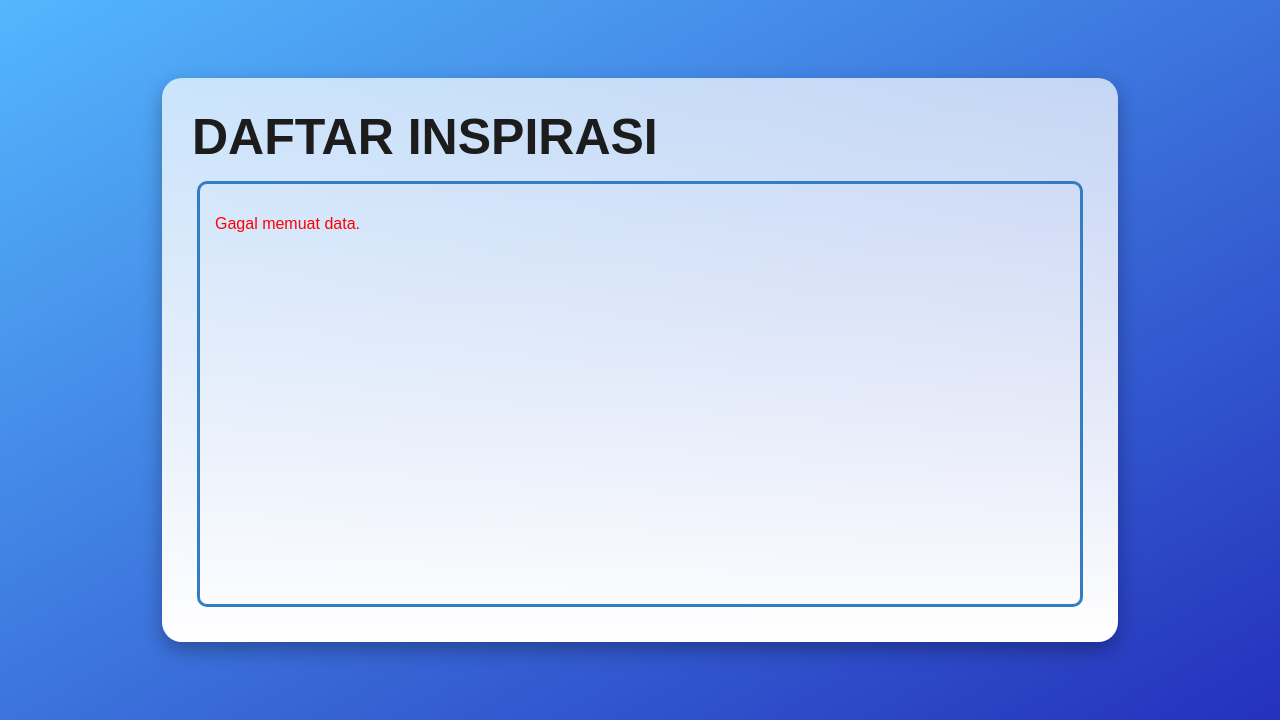
Repository: syauqiazka/Aspirasi
Page: DaftarSaran/daftar.html
The author's editor kept a copy of each file at every save. The page is drawn from the files as they stood at one save, then again after the next save.
The browser window is 1280 px wide. The pictures show the whole page.
The page's requests for data from a server got no answer.

Above is the page before, as saved 2025-10-24 16:32:49.

### DaftarSaran/daftar.html
<!DOCTYPE html>
<html lang="en">

<head>
  <meta charset="UTF-8" />
  <meta name="viewport" content="width=device-width, initial-scale=1.0" />
  <title>Daftar Inspirasi</title>
  <link rel="stylesheet" href="daftar.css" />
</head>

<body>
  <div class="container">
    <h1 class="judul">DAFTAR INSPIRASI</h1>
    <!-- Sesuai dengan JS dan CSS -->
    <div id="inspirasiContainer" class="inspirasi-container"></div>
  </div>

  <!-- POPUP -->
  <div id="popupOverlay" class="popup-overlay">
    <div class="popup-box">
      <h2>Detail Saran</h2>
      <div class="popup-row">
        <span class="popup-label">Nama:</span>
        <span id="popupNama" class="popup-value"></span>
      </div>
      <div class="popup-row">
        <span class="popup-label">Isi:</span>
        <span id="popupIsi" class="popup-value"></span>
      </div>
      <button id="tutupPopup">Tutup</button>
    </div>
  </div>

  <script src="daftar.js"></script>
</body>

</html>

### DaftarSaran/daftar.css
/*
======================
  General Styles
======================
*/
:root {
  /* Definisikan warna di sini untuk konsistensi */
  --primary-color: #337dc2; /* Biru utama */
  --secondary-color: #2431BC; /* Biru gradien */
  --background-start: #54B6FD; /* Biru gradien awal */
  --background-end: #2431BC; /* Biru gradien akhir */
  --text-dark: #1c1c1c;
  --text-light: #333;
  --text-popup: #383838;
}

body {
  margin: 0;
  height: 100vh;
  /* Gunakan variabel CSS untuk warna */
  background: linear-gradient(to bottom right, var(--background-start), var(--background-end));
  display: flex;
  justify-content: center;
  align-items: center;
  font-family: 'Poppins', Arial, sans-serif;

  /* Initial state untuk animasi fade-in */
  opacity: 0;
  transform: translateY(10px);
  transition: opacity 0.6s ease, transform 0.6s ease;
}

body.loaded {
  opacity: 1;
  transform: translateY(0);
}

/*
======================
  Main Container
======================
*/
.container {
  width: 70%;
  height: 70%;
  background: linear-gradient(to bottom, rgba(255, 255, 255, 0.7), rgba(255, 255, 255, 1));
  border-radius: 20px;
  box-shadow: 0 8px 20px rgba(0, 0, 0, 0.3);
  padding: 30px;
  display: flex;
  flex-direction: column;
  z-index: 1;
  transition: filter 0.3s ease;
}

.blur {
  filter: blur(6px);
}

.judul {
  font-size: 50px;
  font-weight: 600;
  color: var(--text-dark);
  margin: 0 0 10px 0;
}

/*
======================
  Inspirasi Container
======================
*/
.inspirasi-container {
  /* Perbaikan: Ganti nama kelas di sini agar sesuai dengan HTML
     atau pastikan ID di HTML adalah #inspirasiContainer */
  flex: 1;
  background: rgba(255, 255, 255, 0);
  border: 3px solid var(--primary-color);
  border-radius: 10px;
  padding: 15px 30px 10px 15px;
  margin: 5px;
  overflow-y: auto;
  box-sizing: border-box;
  /* Tambahan: Dukungan untuk scrollbar Firefox */
  scrollbar-color: var(--primary-color) #e0e0e000;
  scrollbar-width: thin;
}

.inspirasi-container::-webkit-scrollbar {
  width: 12px;
}
.inspirasi-container::-webkit-scrollbar-thumb {
  background: rgba(51, 125, 194, 0.44); /* Opacity 0.44 */
  border: 2px solid var(--primary-color);
  border-radius: 10px;
}
.inspirasi-container::-webkit-scrollbar-track {
  background: #e0e0e0;
  border-radius: 30px;
}
.inspirasi-container,
#inspirasiContainer {
  flex: 1;
  background: rgba(255, 255, 255, 0);
  border: 3px solid var(--primary-color);
  border-radius: 10px;
  padding: 15px 30px 10px 15px;
  margin: 5px;
  overflow-y: auto;
  box-sizing: border-box;
  scrollbar-color: var(--primary-color) #e0e0e000;
  scrollbar-width: thin;
}


.box-saran {
  background: white;
  border: 2px solid var(--primary-color);
  border-radius: 10px;
  padding: 15px;
  margin-bottom: 15px;
  box-shadow: 0 2px 6px rgba(0, 0, 0, 0.1);
  transition: 0.3s ease-in-out;
  cursor: pointer;
}

.box-saran:hover {
  background: rgb(216, 241, 255);
}

.nama {
  font-weight: 600;
  font-size: 18px;
  margin: 0 0 5px 0;
  color: var(--text-dark);
}

.isi {
  margin: 0;
  font-size: 16px;
  color: var(--text-light);
  overflow: hidden;
  text-overflow: ellipsis;
  display: -webkit-box;
  -webkit-line-clamp: 3; /* tampil hanya 3 baris */
  -webkit-box-orient: vertical;
  cursor: pointer;
  transition: all 0.2s ease;
}

.isi.expanded {
  overflow: visible;
  text-overflow: unset;
  display: block;
}


/*
======================
  Popup Styles
======================
*/
.popup-overlay {
  position: fixed;
  inset: 0;
  background: rgba(0, 0, 0, 0.3);
  backdrop-filter: blur(4px);
  display: none;
  justify-content: center;
  align-items: center;
  z-index: 10;
}

.popup-box {
  background: #ffffff;
  border-radius: 20px;
  box-shadow: 0 8px 25px rgba(0, 0, 0, 0.3);
  padding: 30px 40px;
  width: 400px;
  max-width: 85%;
  text-align: left;
  animation: muncul 0.3s ease;

  /* Tambahan agar bisa scroll saat teks panjang */
  max-height: 80vh;
  overflow-y: auto;
  box-sizing: border-box;
}

/* Biar scrollbar-nya halus dan rapi */
.popup-box::-webkit-scrollbar {
  width: 10px;
}

.popup-box::-webkit-scrollbar-thumb {
  background-color: rgba(51, 125, 194, 0.5);
  border-radius: 10px;
}

.popup-box::-webkit-scrollbar-track {
  background-color: #f0f0f0;
  border-radius: 10px;
}


@keyframes muncul {
  from { transform: scale(0.8); opacity: 0; }
  to { transform: scale(1); opacity: 1; }
}

.popup-box h2 {
  margin: 0 0 10px 0;
  font-size: 20px;
  color: var(--text-dark);
}

/* Penataan untuk label dan value di popup */
.popup-row {
  margin: 0 0 12px 0;
  font-size: 16px;
  color: var(--text-dark);
}

.popup-label {
  font-weight: 700;
  color: var(--text-dark);
  margin-right: 8px;
}

.popup-value {
  font-weight: 200;
  color: var(--text-popup);
  display: inline; /* Menghilangkan float */
}

/*
======================
  Button Styles
======================
*/
#tutupPopup {
  background: var(--primary-color);
  color: white;
  border: none;
  padding: 8px 18px;
  border-radius: 20px;
  font-size: 15px;
  cursor: pointer;
  float: right;
  transition: background 0.3s;
}

#tutupPopup:hover {
  background: #245c9c;
}

.tanggal {
  font-size: 0.8rem;
  color: #888;
  margin: 2px 0 5px 0;
}

### DaftarSaran/daftar.js
// Elemen dari HTML
const container = document.getElementById("inspirasiContainer");
const popupOverlay = document.getElementById("popupOverlay");
const popupNama = document.getElementById("popupNama");
const popupIsi = document.getElementById("popupIsi");
const tutupPopup = document.getElementById("tutupPopup");
const mainContainer = document.querySelector(".container");

// Fungsi ambil data dari backend
async function ambilSaran() {
  try {
    const res = await fetch("http://localhost:5000/api/saran");
    if (!res.ok) throw new Error("Gagal fetch data");

    const data = await res.json();
    console.log("✅ Data dari backend:", data);
    tampilkanSaran(data);
  } catch (err) {
    console.error("❌ Error saat ambil saran:", err);
    container.innerHTML = `<p style="color:red;">Gagal memuat data.</p>`;
  }
}

// Fungsi untuk menampilkan saran ke halaman
function tampilkanSaran(list) {
  container.innerHTML = "";

  if (!list || list.length === 0) {
    container.innerHTML = "<p>Tidak ada saran untuk ditampilkan.</p>";
    return;
  }

  list.forEach((data) => {
    const box = document.createElement("div");
    box.classList.add("box-saran");

    const nama = document.createElement("p");
    nama.classList.add("nama");
    nama.textContent = data.nama || "Anonim";



     if (data.tanggal) {
    const date = new Date(data.tanggal);
    // format: 24 Okt 2025, 15:30
    tanggal.textContent = date.toLocaleString("id-ID", {
      day: "2-digit",
      month: "short",
      year: "numeric",
      hour: "2-digit",
      minute: "2-digit",
    });
  } else {
    tanggal.textContent = "-";
    }

    const header = document.createElement("div");
  header.classList.add("header-saran");
  header.appendChild(nama);
  header.appendChild(tanggal);



    const isi = document.createElement("p");
    isi.classList.add("isi");
    isi.textContent = data.pesan || "-";

    box.appendChild(nama);
    box.appendChild(isi);

    container.prepend(box);

    // Klik → tampilkan popup
    box.addEventListener("click", () => {
      popupNama.textContent = data.nama || "Anonim";
      popupIsi.textContent = data.pesan || "-";
      popupOverlay.style.display = "flex";
      mainContainer.classList.add("blur");

      const popupBox = document.querySelector(".popup-box");
      popupBox.scrollTop = 0;
    });
  });
}

// Tutup popup
tutupPopup.addEventListener("click", () => {
  popupOverlay.style.display = "none";
  mainContainer.classList.remove("blur");

  const popupBox = document.querySelector(".popup-box");
  popupBox.scrollTop = 0;

    document.querySelectorAll(".isi.expanded").forEach((el) => {
      el.classList.remove("expanded");
      });
});

// Jalankan setelah halaman dimuat
document.addEventListener("DOMContentLoaded", () => {
  ambilSaran();
  document.body.classList.add("loaded");
});

// Fungsi toggle expand/collapse isi saran
document.addEventListener("click", (e) => {
  if (e.target.classList.contains("isi")) {
    e.target.classList.toggle("expanded");
  }
});

After the next save:
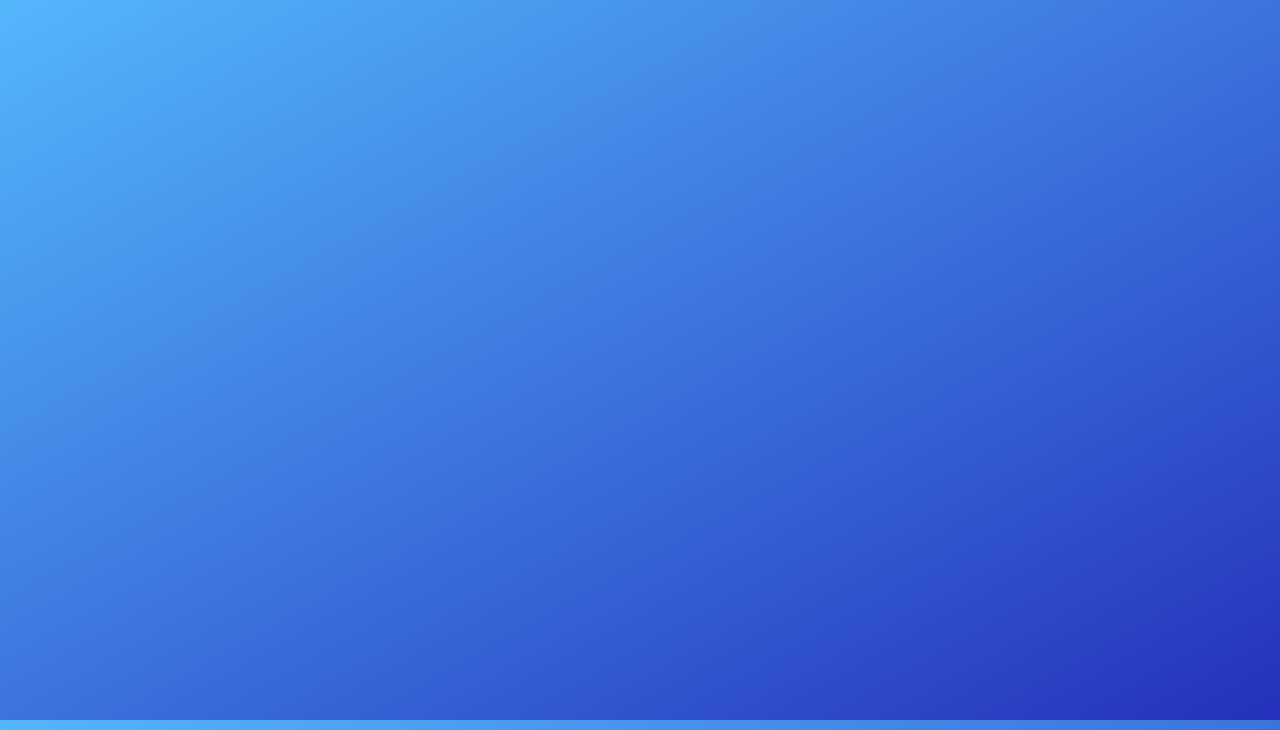
Console error: SyntaxError: Unexpected end of input
Saved 4 s later.
--- a/DaftarSaran/daftar.js
+++ b/DaftarSaran/daftar.js
@@ -71,17 +71,18 @@
     container.prepend(box);
 
     // Klik → tampilkan popup
-    box.addEventListener("click", () => {
-      popupNama.textContent = data.nama || "Anonim";
-      popupIsi.textContent = data.pesan || "-";
-      popupOverlay.style.display = "flex";
-      mainContainer.classList.add("blur");
+   box.addEventListener("click", () => {
+  if (!popupNama || !popupIsi) return; // mencegah error
+  popupNama.textContent = data.nama || "Anonim";
+  popupIsi.textContent = data.pesan || "-";
 
-      const popupBox = document.querySelector(".popup-box");
-      popupBox.scrollTop = 0;
-    });
-  });
-}
+  if (popupOverlay) popupOverlay.style.display = "flex";
+  if (mainContainer) mainContainer.classList.add("blur");
+
+  const popupBox = document.querySelector(".popup-box");
+  if (popupBox) popupBox.scrollTop = 0;
+});
+
 
 // Tutup popup
 tutupPopup.addEventListener("click", () => {

After the 3 saves that followed:
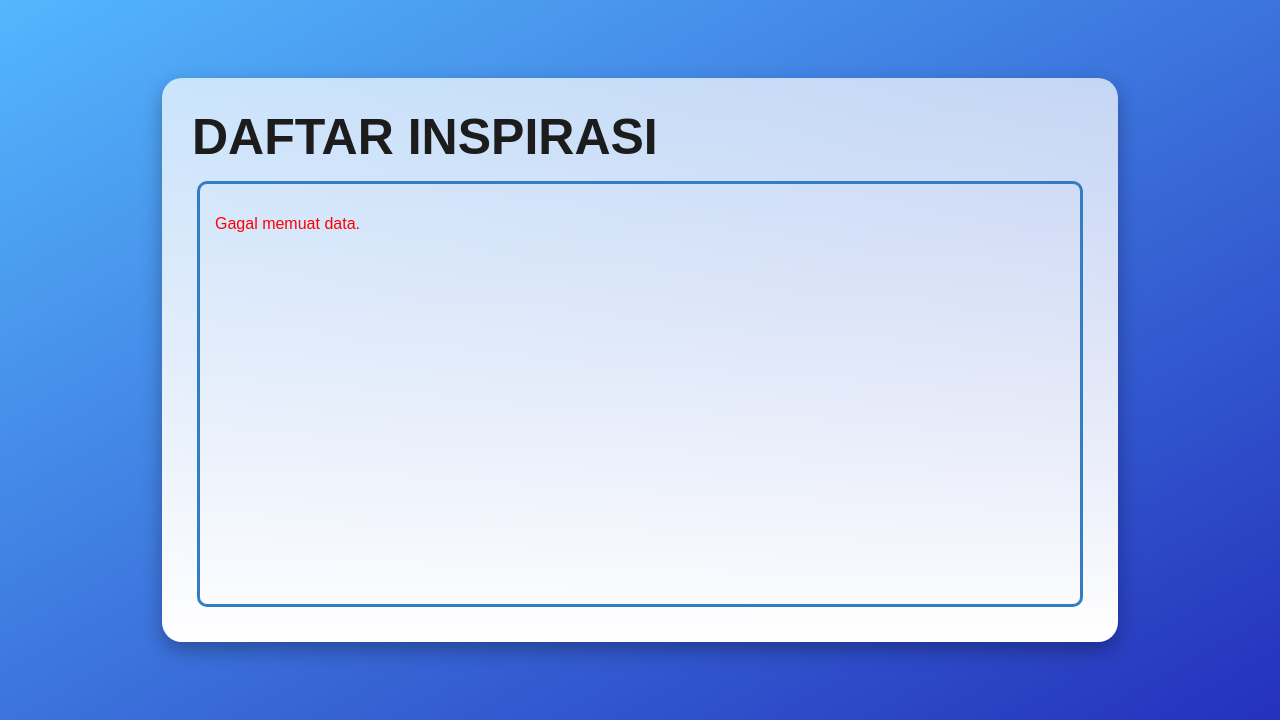
The error is gone.
The 3 saves are shown as one change because 1 left the picture as it was and some came seconds apart.
The last was saved 28 s later.
--- a/DaftarSaran/daftar.js
+++ b/DaftarSaran/daftar.js
@@ -71,18 +71,17 @@
     container.prepend(box);
 
     // Klik → tampilkan popup
-   box.addEventListener("click", () => {
-  if (!popupNama || !popupIsi) return; // mencegah error
-  popupNama.textContent = data.nama || "Anonim";
-  popupIsi.textContent = data.pesan || "-";
+    box.addEventListener("click", () => {
+      popupNama.textContent = data.nama || "Anonim";
+      popupIsi.textContent = data.pesan || "-";
+      popupOverlay.style.display = "flex";
+      mainContainer.classList.add("blur");
 
-  if (popupOverlay) popupOverlay.style.display = "flex";
-  if (mainContainer) mainContainer.classList.add("blur");
-
-  const popupBox = document.querySelector(".popup-box");
-  if (popupBox) popupBox.scrollTop = 0;
-});
-
+      const popupBox = document.querySelector(".popup-box");
+      popupBox.scrollTop = 0;
+    });
+  });
+}
 
 // Tutup popup
 tutupPopup.addEventListener("click", () => {
